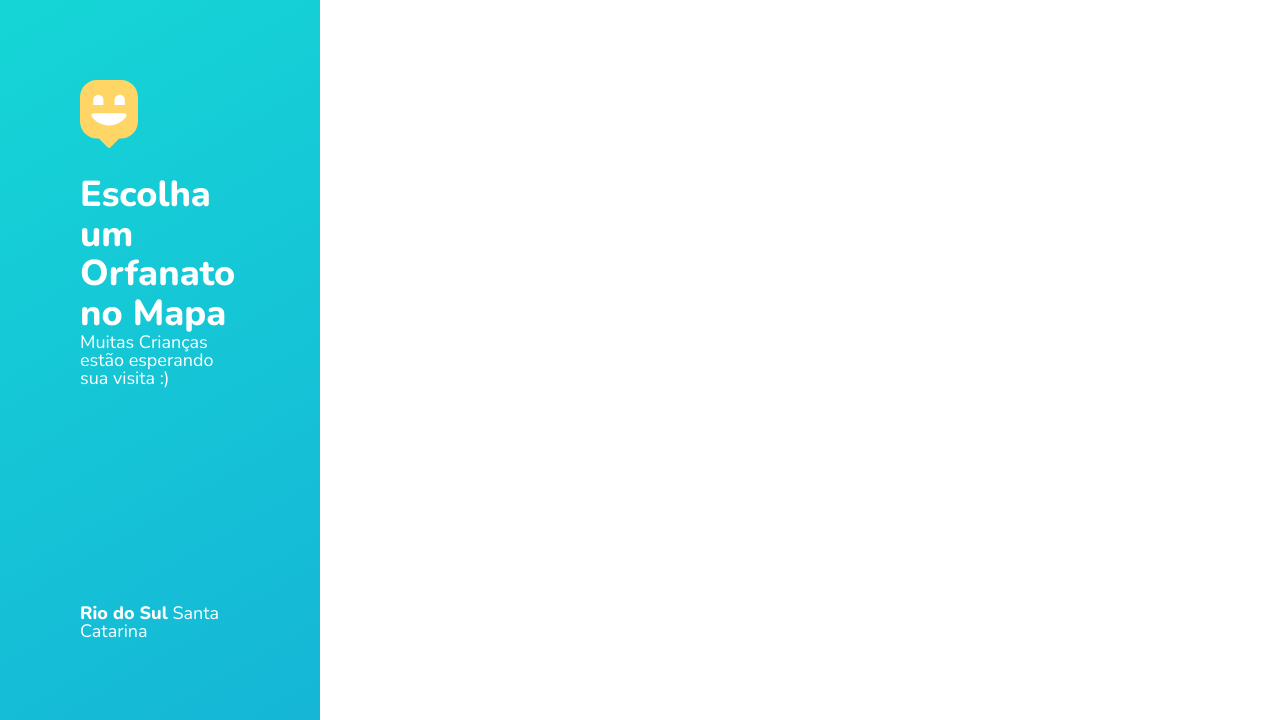
Repository: TeoNogueira/nlw3-rocketseatproject
Page: orphanages.html
The author's editor kept a copy of each file at every save. The page is drawn from the files as they stood at one save, then again after the next save.
The browser window is 1280 px wide. The pictures show the whole page.

Above is the page before, as saved 2020-10-13 17:07:24.

### orphanages.html
<!DOCTYPE html>
<html lang="en">

<head>
  <meta charset="UTF-8" />
  <meta name="viewport" content="width=device-width, initial-scale=1.0" />
  <title>Localize um Orfanato | Happy</title>
  <link rel="icon" href="/images/logo-icon.png" />
  <link rel="stylesheet" href="/css/main.css" />
  <link rel="stylesheet" href="/css/animations.css" />
  <link rel="stylesheet" href="/css/page-orphanages.css" />
  <link href="https://fonts.googleapis.com/css2?family=Nunito:wght@400;600;800&display=swap" rel="stylesheet">

</head>

<body id="body">
  <div id="page-orphanages" class=""> <!--ORPHANAGES COMEÇO-->
    <aside>
      <header>

        <img src="/images/map-marker.svg" alt="Happy" class="">

        <h2> Escolha um Orfanato no Mapa</h2>

        <p> Muitas Crianças estão esperando sua visita :)


        </p>

      </header>


<footer>

  <strong>Rio do Sul</strong>
  <span>Santa Catarina</span>
</footer>


    </aside>

    <div id="mapid"></div>

<a href="create-orphanage" class="create-orphanage" title="cadastre um orfanato">
  <img src="/images/plus.svg" alt="Criar orfanato" class="">

</a>



  </div><!--ORPHANAGES FIM-->
</body>

</html>

<!-- Hello World Hypertext >> são textos que contém links


    markup = marcações de tags
    -->

### public/css/main.css
* {
  margin: 0;
  padding: 0;
  box-sizing: border-box;
}

:root {
  font-size: 62.5%;
}
/* através do "ROOTEM" ou "rem" posso criar um root de tamanhos de pixels pre-configurados por mim mesmo*/

body {
  height: 100vh;
  color: white;
}

body,
button,
input,
textarea {
  /*
    font-size: 1.1em;
    font-family: 'Nunito', sans-serif;
    line-height: 1;
    font-weight: 400;*/
  font: 400 1.8rem/1 "Nunito", sans-serif;
}

### public/css/animations.css
/* Animações  ----*/

@keyframes up {
  from {
    opacity: 0;
    transform: translateY(16px);
  }

  to {
    opacity: 1;
    transform: translateX(0);
  }
}

.animate-up {
  animation-name: up;
  animation-duration: 300ms;
  animation-fill-mode: backwards;
}

/* Animações FIM ----*/

### public/css/page-orphanages.css
#page-orphanages {

width: 100%;
height: 100%;
display: flex;




}


aside { width: clamp(24rem, 25vw, 44rem);
    padding: 8rem;

background: linear-gradient(329.54deg, #15b6d6 0%, #15d6d6);

display: flex;
flex-direction: column;
justify-content: space-between;

}

aside h2 { margin-top: 2.4rem;
    font: 800 3.6rem/1.1 'Nunito', sans-serif;



}

After the next save:
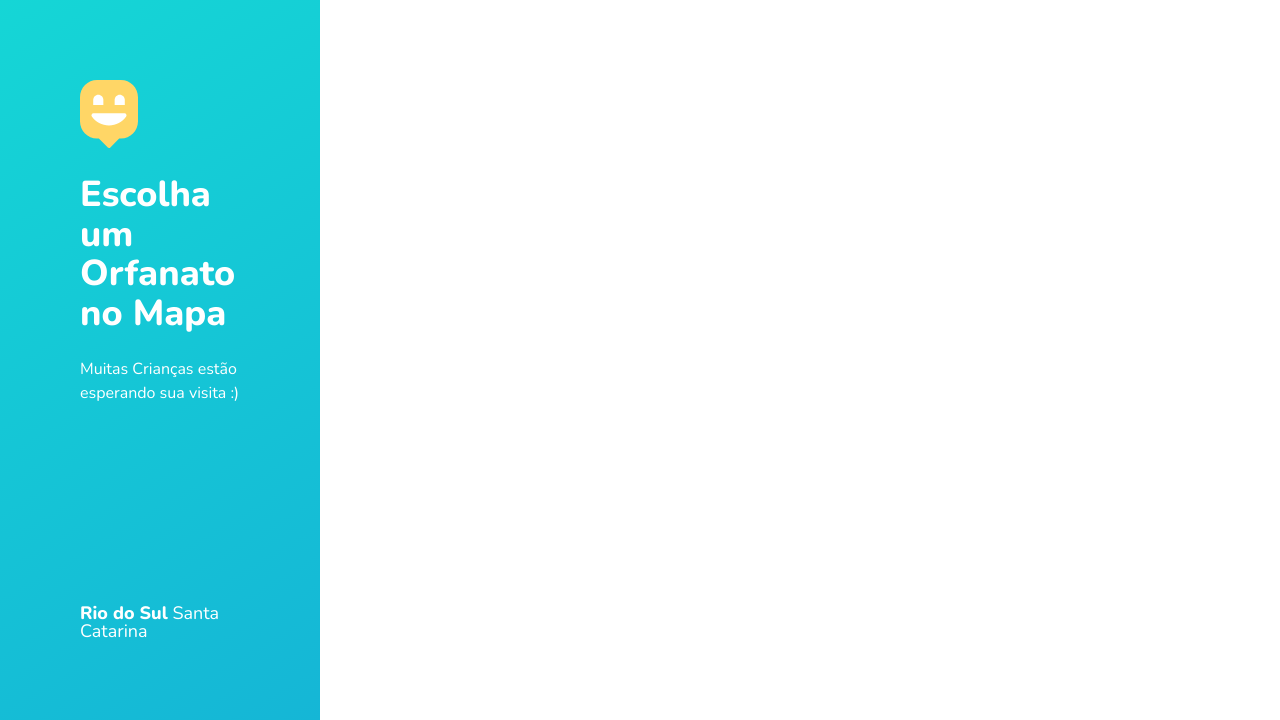
Saved 86 s later.
--- a/public/css/page-orphanages.css
+++ b/public/css/page-orphanages.css
@@ -27,3 +27,7 @@
 
 
 }
+
+
+aside p { margin-top: 2.4rem;
+font: 400 1.6rem/1.5 'Nunito', sans-serif;}
